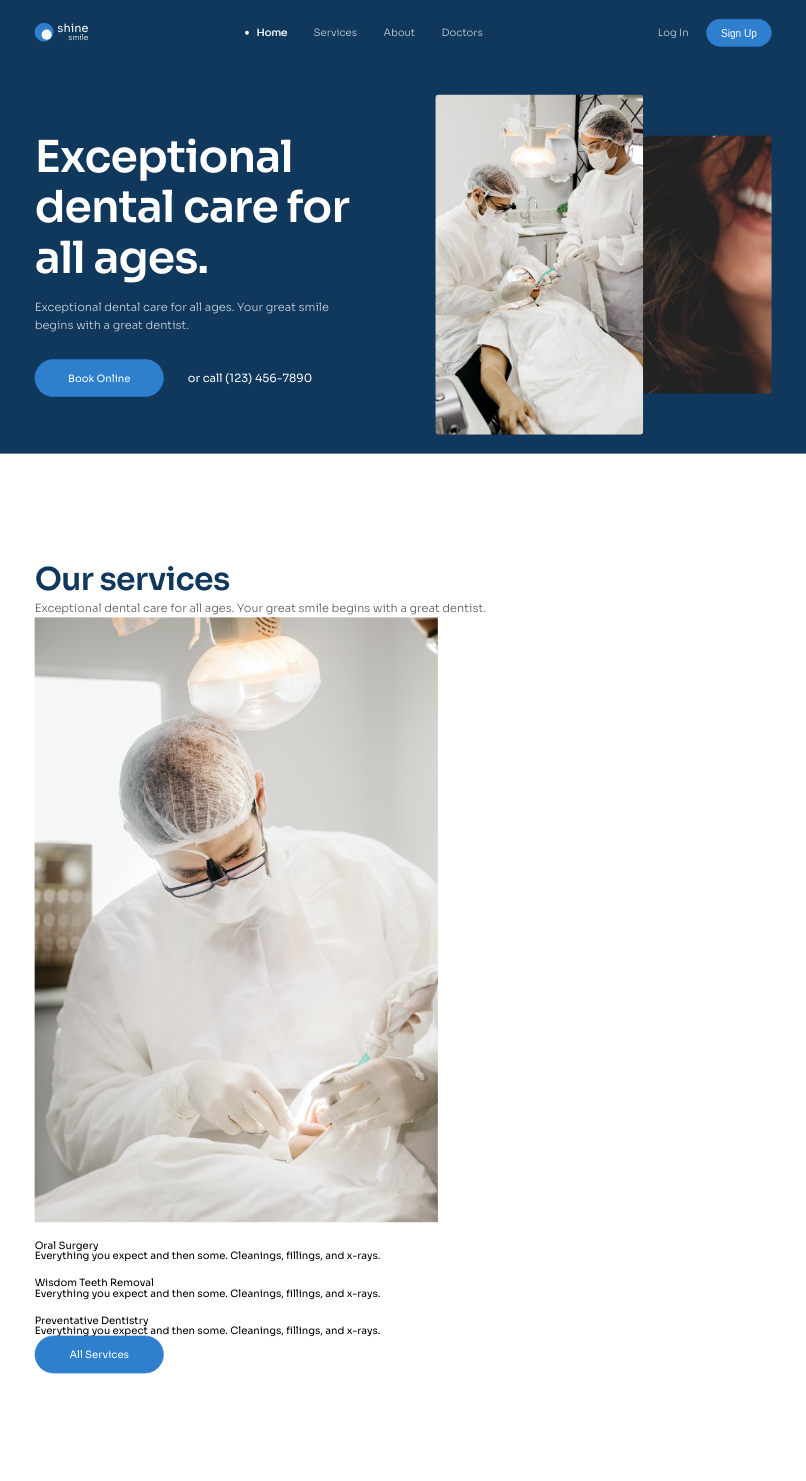
Repository: anhtien111198/f8-htmlcss-03
Page: index.html
The author's editor kept a copy of each file at every save. The page is drawn from the files as they stood at one save, then again after the next save.
The browser window is 1280 px wide. The pictures show the whole page, at 63% of full size.

Above is the page before, as saved 2023-05-12 16:40:42.

### index.html
<!DOCTYPE html>
<html lang="en">
    <head>
        <meta charset="UTF-8" />
        <meta http-equiv="X-UA-Compatible" content="IE=edge" />
        <meta name="viewport" content="width=device-width, initial-scale=1.0" />
        <title>shine smile</title>
        <!-- favicon -->
        <link
            rel="apple-touch-icon"
            sizes="57x57"
            href="./assets/favicon/apple-icon-57x57.png"
        />
        <link
            rel="apple-touch-icon"
            sizes="60x60"
            href="./assets/favicon/apple-icon-60x60.png"
        />
        <link
            rel="apple-touch-icon"
            sizes="72x72"
            href="./assets/favicon/apple-icon-72x72.png"
        />
        <link
            rel="apple-touch-icon"
            sizes="76x76"
            href="./assets/favicon/apple-icon-76x76.png"
        />
        <link
            rel="apple-touch-icon"
            sizes="114x114"
            href="./assets/favicon/apple-icon-114x114.png"
        />
        <link
            rel="apple-touch-icon"
            sizes="120x120"
            href="./assets/favicon/apple-icon-120x120.png"
        />
        <link
            rel="apple-touch-icon"
            sizes="144x144"
            href="./assets/favicon/apple-icon-144x144.png"
        />
        <link
            rel="apple-touch-icon"
            sizes="152x152"
            href="./assets/favicon/apple-icon-152x152.png"
        />
        <link
            rel="apple-touch-icon"
            sizes="180x180"
            href="./assets/favicon/apple-icon-180x180.png"
        />
        <link
            rel="icon"
            type="image/png"
            sizes="192x192"
            href="./assets/favicon/android-icon-192x192.png"
        />
        <link
            rel="icon"
            type="image/png"
            sizes="32x32"
            href="./assets/favicon/favicon-32x32.png"
        />
        <link
            rel="icon"
            type="image/png"
            sizes="96x96"
            href="./assets/favicon/favicon-96x96.png"
        />
        <link
            rel="icon"
            type="image/png"
            sizes="16x16"
            href="./assets/favicon/favicon-16x16.png"
        />
        <link rel="manifest" href="./assets/favicon/manifest.json" />
        <meta name="msapplication-TileColor" content="#ffffff" />
        <meta
            name="msapplication-TileImage"
            content="./assets/favicon/ms-icon-144x144.png"
        />
        <meta name="theme-color" content="#ffffff" />
        <!-- font -->
        <link rel="preconnect" href="https://fonts.googleapis.com" />
        <link rel="preconnect" href="https://fonts.gstatic.com" crossorigin />
        <link
            href="https://fonts.googleapis.com/css2?family=Sora:wght@200;300;400;500;600;700;800&display=swap"
            rel="stylesheet"
        />
        <!-- reset css -->
        <link rel="stylesheet" href="./assets/css/reset.css" />
        <!-- style css -->
        <link rel="stylesheet" href="./assets/css/style.css" />
    </head>
    <body>
        <header class="header">
            <div class="container">
                <!-- header top -->
                <div class="header-top">
                    <!-- logo -->
                    <a href="/">
                        <div class="logo">
                            <span class="logo__circle"></span>
                            <span class="logo__text">
                                <span class="logo__brand">shine</span>
                                <span class="logo__brand logo__brand--small">
                                    smile
                                </span>
                            </span>
                        </div>
                    </a>
                    <!-- navbar -->
                    <nav class="navbar">
                        <ul class="navbar__list">
                            <li class="navbar__item">
                                <a
                                    href="#!"
                                    class="navbar__link navbar__link--active"
                                >
                                    Home
                                </a>
                            </li>
                            <li class="navbar__item">
                                <a href="#!" class="navbar__link">Services</a>
                            </li>
                            <li class="navbar__item">
                                <a href="#!" class="navbar__link">About</a>
                            </li>
                            <li class="navbar__item">
                                <a href="#!" class="navbar__link">Doctors</a>
                            </li>
                        </ul>
                    </nav>
                    <!-- action -->
                    <div class="header-action">
                        <a href="#!" class="header-action__login">Log In</a>
                        <button href="#!" class="btn header-action__signup">
                            Sign Up
                        </button>
                    </div>
                </div>
                <!-- Hero -->
                <section class="hero">
                    <!-- hero content -->
                    <section class="hero__content">
                        <h1 class="hero__heading">
                            Exceptional dental care for all ages.
                        </h1>
                        <p class="hero__desc">
                            Exceptional dental care for all ages. Your great
                            smile begins with a great dentist.
                        </p>
                        <div class="hero__row">
                            <a href="" class="btn">Book Online</a>
                            <span class="hero__phone"
                                >or call (123) 456-7890</span
                            >
                        </div>
                    </section>
                    <!-- hero media -->
                    <div class="hero__media">
                        <figure class="hero__images">
                            <img
                                src="./assets/image/hero-01jpg.jpg"
                                alt=""
                                class="hero__img"
                            />
                            <img
                                src="./assets/image/hero-02.jpg"
                                alt=""
                                class="hero__img"
                            />
                        </figure>
                    </div>
                </section>
            </div>
        </header>
        <main style="height: 5000">
            <section class="service">
                <div class="container">
                    <h2 class="section-heading">Our services</h2>
                    <p class="section-desc">
                        Exceptional dental care for all ages. Your great smile
                        begins with a great dentist.
                    </p>
                    <div class="service-row">
                        <figure class="service__images">
                            <img
                                src="./assets/image/service-1.jpg"
                                alt=""
                                class="service__img"
                            />
                        </figure>
                        <div class="service__list">
                            <!-- service item 1 -->
                            <section class="service-item">
                                <div class="service-item__icon-wrap">
                                    <svg
                                        class="service-item__icon"
                                        width="22"
                                        height="24"
                                        viewBox="0 0 22 24"
                                        fill="none"
                                        xmlns="http://www.w3.org/2000/svg"
                                    >
                                        <path
                                            d="M20.3598 2.63964C17.9506 -0.556131 14.2772 -0.568132 11.2481 1.10682C11.001 1.24657 10.7219 1.31411 10.4406 1.30222C10.1592 1.29033 9.88633 1.19945 9.65105 1.03931C8.49552 0.245717 7.29036 -0.316477 5.13904 0.207462C0.623408 1.3071 0 4.90379 0 8.99816C0.0797353 12.1602 0.500857 15.3032 1.25551 18.3683C2.11836 22.0168 3.90382 24 5.43354 24C6.96326 24 7.00963 22.2204 7.00963 20.8016C7.00963 19.2009 7.39505 14.8009 10.8642 14.8009C13.5317 14.8009 14.3333 18.4013 14.3333 20.8016C14.3329 23.095 15.1722 24 16.6628 24C19.5267 24 20.9796 15.3938 21.3719 13.1237C21.7642 10.8535 22.9882 6.12569 20.3598 2.63964Z"
                                            fill="white"
                                        />
                                    </svg>
                                </div>
                                <div class="service-item__body">
                                    <h3 class="service-item__heading">
                                        Oral Surgery
                                    </h3>
                                    <p class="service-item__desc">
                                        Everything you expect and then some.
                                        Cleanings, fillings, and x-rays.
                                    </p>
                                </div>
                            </section>
                            <!-- service item 2 -->
                            <section class="service-item">
                                <div class="service-item__icon-wrap">
                                    <svg
                                        class="service-item__icon"
                                        width="22"
                                        height="24"
                                        viewBox="0 0 22 24"
                                        fill="none"
                                        xmlns="http://www.w3.org/2000/svg"
                                    >
                                        <path
                                            d="M20.3598 2.63964C17.9506 -0.556131 14.2772 -0.568132 11.2481 1.10682C11.001 1.24657 10.7219 1.31411 10.4406 1.30222C10.1592 1.29033 9.88633 1.19945 9.65105 1.03931C8.49552 0.245717 7.29036 -0.316477 5.13904 0.207462C0.623408 1.3071 0 4.90379 0 8.99816C0.0797353 12.1602 0.500857 15.3032 1.25551 18.3683C2.11836 22.0168 3.90382 24 5.43354 24C6.96326 24 7.00963 22.2204 7.00963 20.8016C7.00963 19.2009 7.39505 14.8009 10.8642 14.8009C13.5317 14.8009 14.3333 18.4013 14.3333 20.8016C14.3329 23.095 15.1722 24 16.6628 24C19.5267 24 20.9796 15.3938 21.3719 13.1237C21.7642 10.8535 22.9882 6.12569 20.3598 2.63964Z"
                                            fill="white"
                                        />
                                    </svg>
                                </div>
                                <div class="service-item__body">
                                    <h3 class="service-item__heading">
                                        Wisdom Teeth Removal
                                    </h3>
                                    <p class="service-item__desc">
                                        Everything you expect and then some.
                                        Cleanings, fillings, and x-rays.
                                    </p>
                                </div>
                            </section>
                            <!-- service item 3 -->
                            <section class="service-item">
                                <div class="service-item__icon-wrap">
                                    <svg
                                        class="service-item__icon"
                                        width="22"
                                        height="24"
                                        viewBox="0 0 22 24"
                                        fill="none"
                                        xmlns="http://www.w3.org/2000/svg"
                                    >
                                        <path
                                            d="M20.3598 2.63964C17.9506 -0.556131 14.2772 -0.568132 11.2481 1.10682C11.001 1.24657 10.7219 1.31411 10.4406 1.30222C10.1592 1.29033 9.88633 1.19945 9.65105 1.03931C8.49552 0.245717 7.29036 -0.316477 5.13904 0.207462C0.623408 1.3071 0 4.90379 0 8.99816C0.0797353 12.1602 0.500857 15.3032 1.25551 18.3683C2.11836 22.0168 3.90382 24 5.43354 24C6.96326 24 7.00963 22.2204 7.00963 20.8016C7.00963 19.2009 7.39505 14.8009 10.8642 14.8009C13.5317 14.8009 14.3333 18.4013 14.3333 20.8016C14.3329 23.095 15.1722 24 16.6628 24C19.5267 24 20.9796 15.3938 21.3719 13.1237C21.7642 10.8535 22.9882 6.12569 20.3598 2.63964Z"
                                            fill="white"
                                        />
                                    </svg>
                                </div>
                                <div class="service-item__body">
                                    <h3 class="service-item__heading">
                                        Preventative Dentistry
                                    </h3>
                                    <p class="service-item__desc">
                                        Everything you expect and then some.
                                        Cleanings, fillings, and x-rays.
                                    </p>
                                </div>
                            </section>
                        </div>
                        <a href="#!" class="btn">All Services</a>
                    </div>
                </div>
            </section>
        </main>
    </body>
</html>

### assets/css/style.css
* {
    box-sizing: border-box;
}
:root {
    --header-bg: #10375c;
}
html {
    font-size: 62.5%;
}
body {
    font-size: 1.6rem;
    font-family: "Sora", sans-serif;
}
/* ======Common========= */
a {
    text-decoration: none;
}
.container {
    width: 1170px;
    max-width: calc(100% - 48px);
    margin: 0 auto;
}
.btn {
    --height: 60px;
    display: inline-block;
    min-width: 205px;
    height: var(--height);
    padding: 0 20px;
    border-radius: 99px;
    border: 1px solid #2e80ce;
    font-size: 1.6rem;
    font-weight: 400;
    line-height: var(--height);
    color: #fff;
    text-align: center;
    background: #2e80ce;
}
.btn:hover {
    opacity: 0.9;
    cursor: pointer;
}
.section-heading {
    font-weight: 600;
    font-size: 5rem;
    line-height: 1.2;
    letter-spacing: -0.02em;
    color: #10375c;
}
.section-desc {
    font-weight: 300;
    font-size: 1.8rem;
    line-height: 1.67;
    color: #575f66;
}
/* ========header============= */
.header {
    min-height: 100vh;
    padding-top: 30px;
    background: var(--header-bg);
}
.logo {
    position: relative;
    display: inline-flex;
    font-size: 1rem;
}
.logo__circle::after,
.logo__circle::before {
    content: "";
    display: inline-block;
    border-radius: 50%;
}
.logo__circle::before {
    width: 3em;
    height: 3em;
    background: #2e80ce;
}
.logo__circle::after {
    position: absolute;
    top: 1.1em;
    left: 1.1em;
    width: 1.6em;
    height: 1.6em;
    background: #ffffff;
}
.logo__text {
    margin-left: 0.6em;
    text-align: right;
    line-height: 1.6em;
}
.logo__brand {
    display: block;
    font-size: 1.8em;
    font-weight: 400;
    color: #ffffff;
}
.logo__brand--small {
    font-size: 1.2em;
    font-weight: 300;
}
/* ========Header top========== */
.header-top {
    display: flex;
    align-items: center;
    justify-content: space-between;
}
.navbar__list {
    display: flex;
}
.header-action__login,
.navbar__link {
    padding: 4px 21px;
    font-weight: 300;
    font-size: 1.6rem;
    color: #c9d2da;
}
.navbar__link:hover,
.navbar__link--active {
    color: #fff;
    text-shadow: 1px 0 0 currentColor;
}
.navbar__link--active::before {
    position: relative;
    top: -2px;
    left: -8px;
    content: "";
    display: inline-block;
    width: 6px;
    height: 6px;
    border-radius: 50%;
    background: #fff;
}
.header-action {
    display: flex;
    align-items: center;
}
.header-action__login {
    margin-right: 7px;
}
.header-action__signup {
    --height: 44px;
    min-width: 104px;
}
/* ========hero=========== */
.hero {
    display: flex;
    align-items: center;
    margin-top: 76px;
}
.hero__content {
    flex-shrink: 0;
    width: 44%;
}
.hero__media {
    flex-grow: 1;
}
.hero__heading {
    font-weight: 600;
    font-size: 7rem;
    line-height: 1.14;
    letter-spacing: -0.02em;
    color: #ffffff;
}
.hero__desc {
    margin-top: 22px;
    font-weight: 300;
    font-size: 1.8rem;
    line-height: 1.67;
    color: #c9d2da;
}
.hero__row {
    display: flex;
    align-items: center;
    margin-top: 38px;
}
.hero__phone {
    margin-left: 38px;
    font-weight: 400;
    font-size: 1.8rem;
    line-height: 1.67;
    color: #ffffff;
}
.hero__images {
    display: flex;
    align-items: center;
    justify-content: flex-end;
}
.hero__img {
    width: 330px;
    height: 540px;
    border-radius: 6px;
    object-fit: cover;
}
.hero__img:first-child {
    position: relative;
    margin-right: -6px;
}
.hero__img:last-child {
    width: 210px;
    height: 410px;
}
/* ========service=========== */
.service {
    padding: 170px 0;
}

Loaded but not shown: assets/css/reset.css (common file)

After the next save:
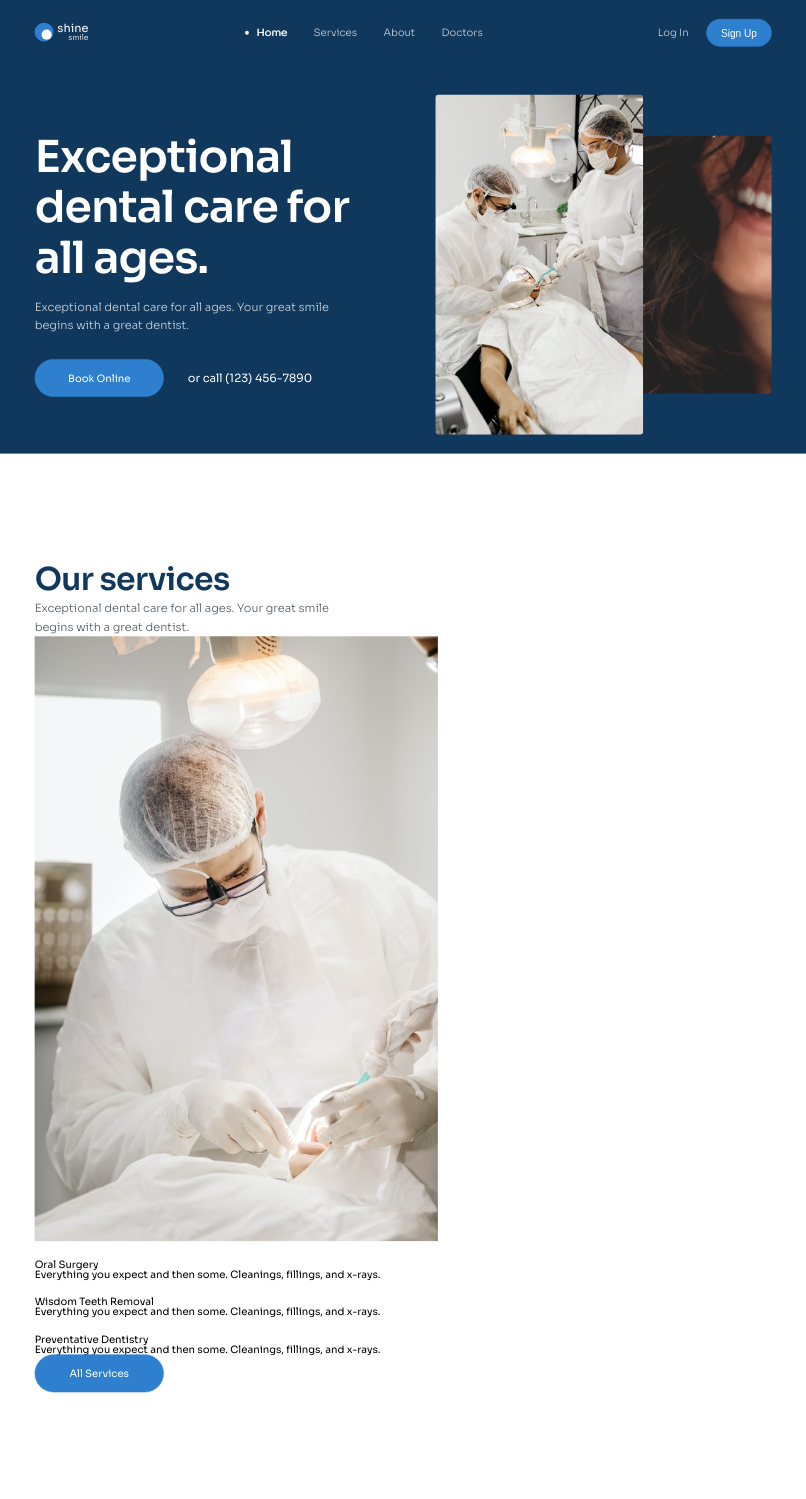
Saved 37 s later.
--- a/assets/css/style.css
+++ b/assets/css/style.css
@@ -47,6 +47,7 @@ a {
     color: #10375c;
 }
 .section-desc {
+    width: 468px;
     font-weight: 300;
     font-size: 1.8rem;
     line-height: 1.67;
